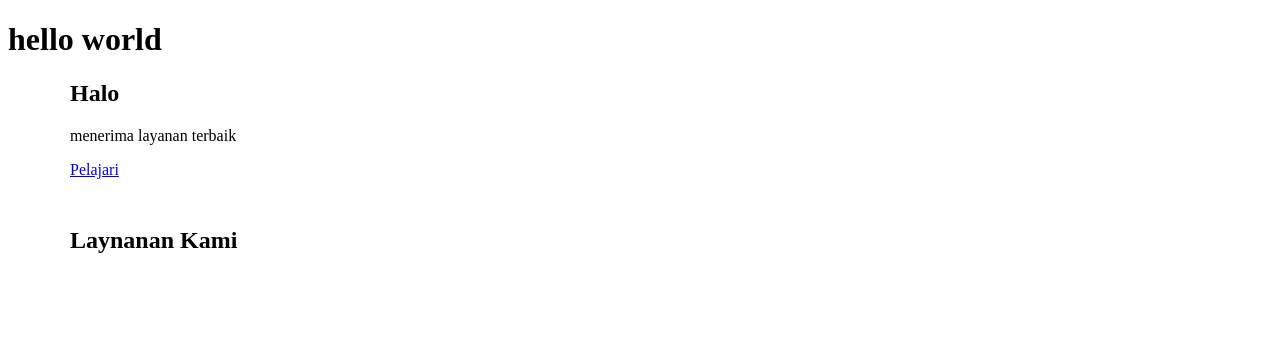
Repository: keyx-alt/pemrograman_web
Page: latihan24.html
These files come from the project's save history. The page is drawn as it stood at one moment and after the next save; the edit follows.
The browser window is 1280 px wide. The pictures show the whole page.

Above is the page before, as saved 2026-04-30 14:04:08.

### latihan24.html
<!DOCTYPE html>
<html lang="en">
<head>
    <meta charset="UTF-8">
    <meta name="viewport" content="width=device-width, initial-scale=1.0">
    <title>Document</title>
    <link rel="stylesheet" href="dist/css/bootstrap-grid.min.css">
</head>
<body>
    <h1>hello world</h1>

    <!-- hero section -->
    <section id="hero" class="hero text-center">
        <div class="container fade-in-up">
            <h1>Halo</h1>
            <p class="lead">menerima layanan terbaik</p>
            <a href="#services" class="btn btn-primary btn-lg">Pelajari</a>
        </div>
    </section>

    <!-- layanan -->
    <section id="services" class="container mt-5">
        <h2 class="text-center mb-4">Laynanan Kami</h2>
        <div class="row"></div>
            <div class="col-md-4 fade-in-up"></div>
    </section>




    <script src="dist/js/bootstrap.bundle.min.js"></script>
</body>
</html>

Loaded but not shown: dist/css/bootstrap-grid.min.css (library); dist/js/bootstrap.bundle.min.js (library); dist/css/bootstrap.min.css (library)

After the next save:
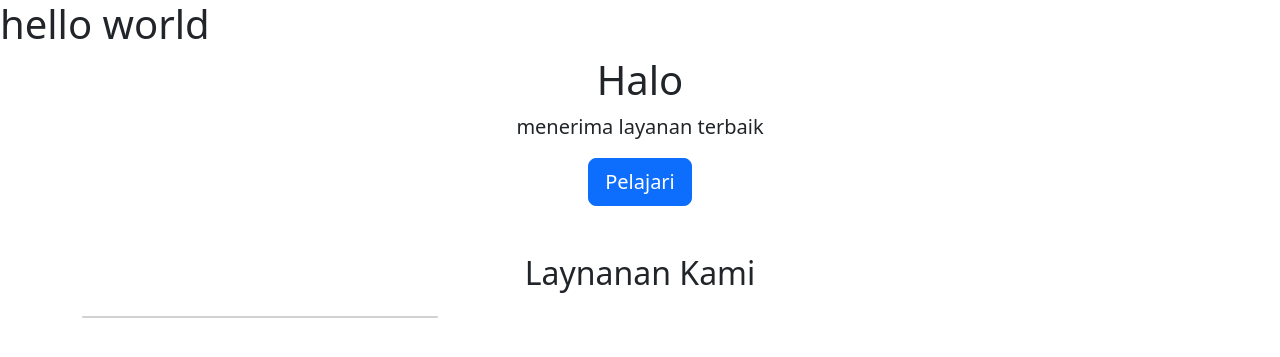
Saved 4 min 50 s later.
--- a/latihan24.html
+++ b/latihan24.html
@@ -4,7 +4,7 @@
     <meta charset="UTF-8">
     <meta name="viewport" content="width=device-width, initial-scale=1.0">
     <title>Document</title>
-    <link rel="stylesheet" href="dist/css/bootstrap-grid.min.css">
+    <link rel="stylesheet" href="dist/css/bootstrap.min.css">
 </head>
 <body>
     <h1>hello world</h1>
@@ -21,8 +21,14 @@
     <!-- layanan -->
     <section id="services" class="container mt-5">
         <h2 class="text-center mb-4">Laynanan Kami</h2>
-        <div class="row"></div>
-            <div class="col-md-4 fade-in-up"></div>
+        <div class="row">
+            <div class="col-md-4 fade-in-up">
+                <div class="card hover-scale">
+
+                </div>
+            </div>
+        </div>
+
     </section>
 
 
